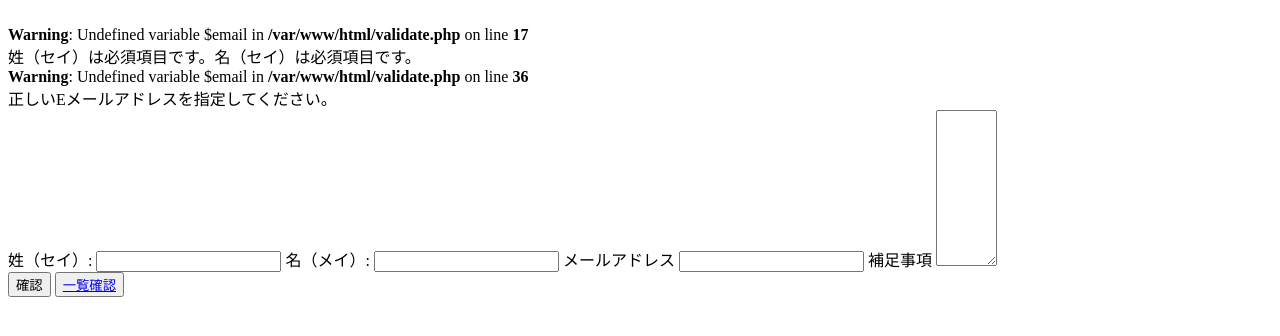
Repository: yoshiryoryo/phpform2
Page: http://localhost/validate.php
An editor plug-in stored every save of this project. The page is shown before and after a run of saves, followed by the edit.
The browser window is 1280 px wide. The pictures show the whole page.
The page is run by PHP 8.4 with error messages shown; the project is at /var/www/html/.

Above is the page before, as saved 2021-03-05 12:08:37.

### validate.php
<?php
// セッションIDは個人を識別するために必要なID
session_start();
function generateToken()
{
    // セキュリティ上他者からの予測を困難にするため、乱数を設定する
    $bytes = openssl_random_pseudo_bytes(16);
    return bin2hex($bytes);
}
$token = generateToken();
$_SESSION['token'] = $token;

// バリデーション
// 使用する変数を初期化
$sei = '';
$
$email = '';
$gender = '';
$title = '';
$content = '';
// 姓（セイ）の場合
if(empty($sei)){
    echo '姓（セイ）は必須項目です。';
  } elseif (preg_match("/^[ァ-ヶー]+$/u", $sei)) {
    echo '全角カナで入力してください。';
  }

// 名（メイ）の場合
if(empty($mei)){
    echo '名（セイ）は必須項目です。';
  } elseif (preg_match("/^[ァ-ヶー]+$/u", $mei)) {
    echo '全角カナで入力してください。';
  }

// メールアドレスの場合
if(!filter_var($email, FILTER_VALIDATE_EMAIL)){
  echo '正しいEメールアドレスを指定してください。';
}
?>

<!DOCTYPE html>
<html lang="ja">
<head>
    <meta charset="UTF-8">
    <meta http-equiv="X-UA-Compatible" content="IE=edge">
    <meta name="viewport" content="width=device-width, initial-scale=1.0">
    <title>Document</title>
</head>
<body>
    <form action="confirm.php" method="get">
      <div>
        <tr>
            <th>姓（セイ）:</th>
            <td><input type="text" name="sei"></td>
        </tr>
        <tr>
            <th>名（メイ）:</th>
            <td><input type="text" name="mei"></td>
        </tr>
        <tr>
            <th>メールアドレス</th>
            <td><input type="text" name="email"></td>
        </tr>
        <tr>
            <th>補足事項</th>
            <td><textarea name="text" id="" cols="5" rows="10"></textarea></td>
        </tr>
      </div>
      <button type="submit" name="confirm" value="send">確認</button>
      <button><a href="member.php">一覧確認</a></button>
    </form>
</body>
</html>

After the next 7 saves:
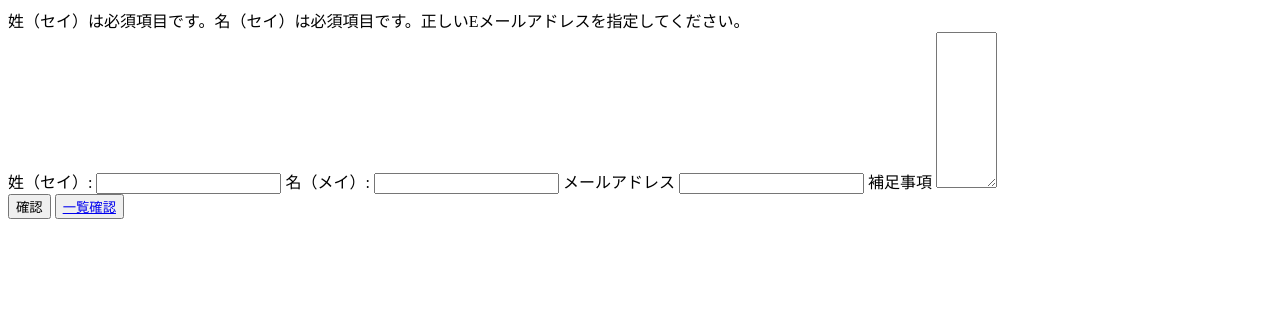
The 7 saves are shown as one change because they came seconds apart.
The last was saved 15 s later.
--- a/validate.php
+++ b/validate.php
@@ -13,9 +13,9 @@ $_SESSION['token'] = $token;
 // バリデーション
 // 使用する変数を初期化
 $sei = '';
-$
+$mei = '';
 $email = '';
-$gender = '';
+$text = '';
 $title = '';
 $content = '';
 // 姓（セイ）の場合
